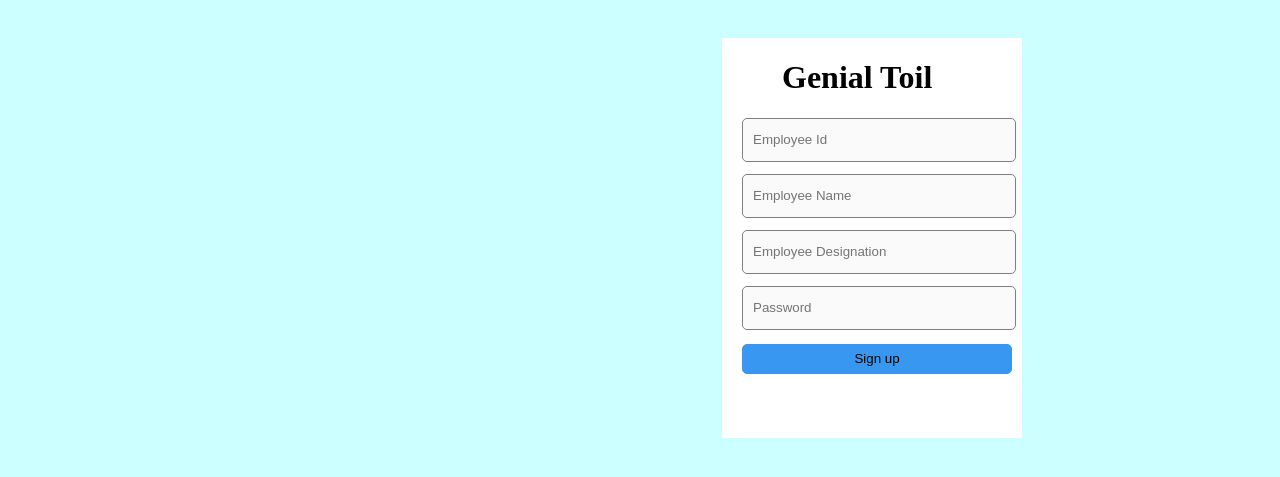
Repository: robin9533/Basic-Programs-App.
Page: GW-Genial Work Proj/GT_GenialToil/WebContent/EmployeeSignup.html
These files come from the project's save history. The page is drawn as it stood at one moment and after the next save; the edit follows.
The browser window is 1280 px wide. The pictures show the whole page.

Above is the page before, as saved 2019-05-10 09:58:13.

### GW-Genial Work Proj/GT_GenialToil/WebContent/EmployeeSignup.html
<!DOCTYPE html>
<html>
<head>
<meta charset="ISO-8859-1">
<title>Employee Registration Form</title>
<link rel="Stylesheet" type="text/css" href="EmployeeSignup.css">
</head>
<body>

	<div class="registrationblock">
		<h1>
			Genial Toil
			</h1>
				<Form action="EmployeeSignupServlet">

					<input type="text" name="empId" placeholder="Employee Id">
					<input type="text" name="empName" placeholder="Employee Name">
					<input type="text" name="empDes" placeholder="Employee Designation">
					<input type="password" name="empPass" placeholder="Password">
					<button type="button">Sign up</button>

				</Form>
	</div>

</body>
</html>

### GW-Genial Work Proj/GT_GenialToil/WebContent/EmployeeSignup.css
@charset "ISO-8859-1";

body{
	background-color: #ccffff;
}
.registrationblock {
	height:400px;
	width: 300px;
	float:right;
	border:0px solid black;
	background-color: rgb(255, 255, 255);
	margin-top: 30px;
	margin-right: 250px
}
.registrationblock input{
	width: 260px;
	height:40px;
	margin-bottom:12px;
	margin-left:20px;
	background: #fafafa;
	border: none;
	border:1px solid gray;
	border-radius: 5px;
	padding-left: 10px;
}
.registrationblock button{
	width:270px;
	height:30px;
	margin-left:20px;
	margin-top:2px;
	text-align: center;
	cursor: pointer;
	background: #3897F0;
	border-radius:5px;
	border: 1px solid #3897F0;
	}
.registrationblock h1{
	margin-left: 60px;
	cursor: default;
	}

After the next save:
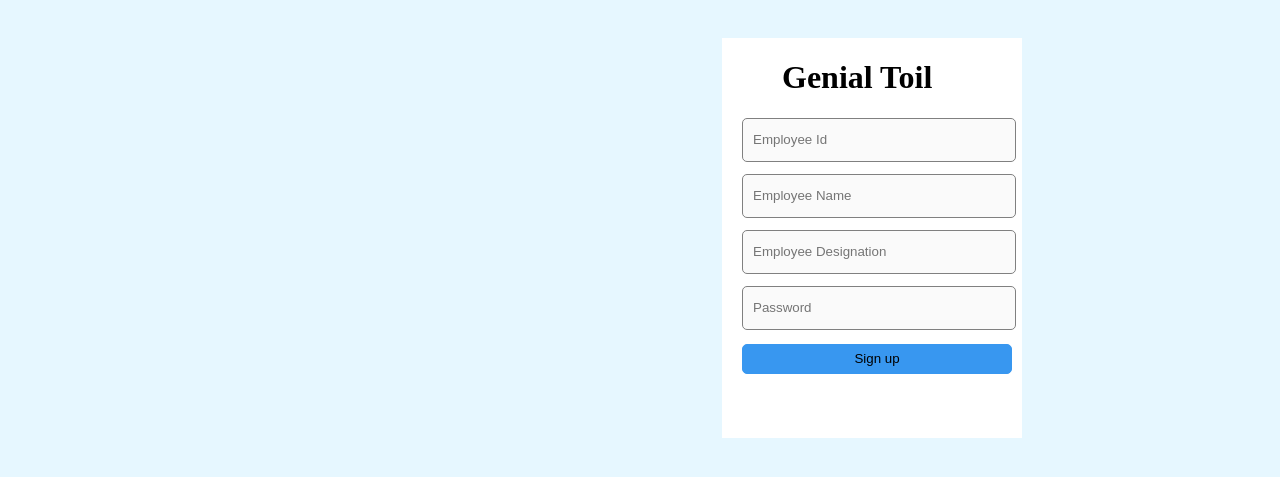
Saved 61 s later.
--- a/GW-Genial Work Proj/GT_GenialToil/WebContent/EmployeeSignup.css
+++ b/GW-Genial Work Proj/GT_GenialToil/WebContent/EmployeeSignup.css
@@ -1,7 +1,7 @@
 @charset "ISO-8859-1";
 
 body{
-	background-color: #ccffff;
+	background-color: #e6f7ff;
 }
 .registrationblock {
 	height:400px;
